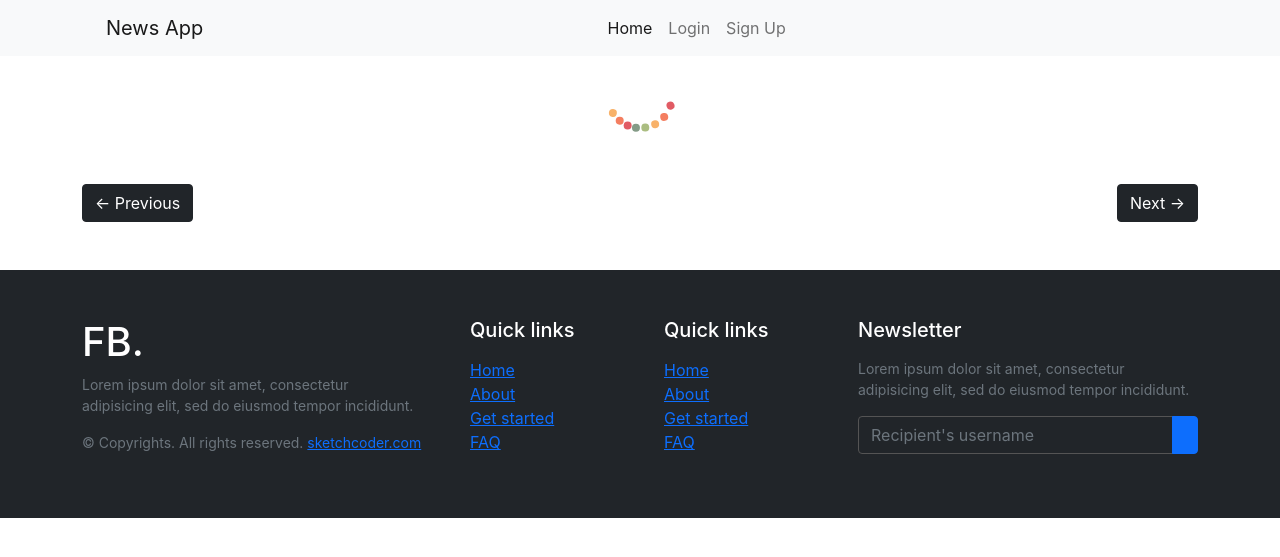
Repository: ZainAkbar51214/News-Site
Page: /
The author's editor kept a copy of each file at every save. The page is drawn from the files as they stood at one save, then again after a run of saves.
The browser window is 1280 px wide. The pictures show the whole page.
The page's requests for data from a server got no answer. The project was rebuilt for these pictures with package versions that can differ from the ones it lists, and the page was loaded fresh each time. A package was used in the major version that the imports need, not the one package.json lists. No one was signed in, and anything a server would have sent is missing. Also part of the build but not shown: src/App.css, src/Components/Layouts/NewsItem.js, src/Components/pages/Login.jsx, src/Components/pages/SignUp.jsx.

Above is the page before, as saved 2023-12-18 01:18:17.

### public/index.html
<!DOCTYPE html>
<html lang="en">
  <head>
    <meta charset="utf-8" />
    <link rel="icon" href="%PUBLIC_URL%/favicon.ico" />
    <meta name="viewport" content="width=device-width, initial-scale=1" />
    <meta name="theme-color" content="#000000" />
    <meta
      name="description"
      content="Web site created using create-react-app"
    />
    <link rel="apple-touch-icon" href="%PUBLIC_URL%/logo192.png" />

    <link rel="manifest" href="%PUBLIC_URL%/manifest.json" />

    <title>News App</title>
    <!-- Bootstrap cdn -->
    <link href="https://cdn.jsdelivr.net/npm/bootstrap@5.0.2/dist/css/bootstrap.min.css" rel="stylesheet" integrity="sha384-EVSTQN3/azprG1Anm3QDgpJLIm9Nao0Yz1ztcQTwFspd3yD65VohhpuuCOmLASjC" crossorigin="anonymous">
  </head>
  <body>
    <noscript>You need to enable JavaScript to run this app.</noscript>
    <div id="root"></div>


    <!-- Bootstrap Script -->
    <script src="https://cdn.jsdelivr.net/npm/@popperjs/core@2.9.2/dist/umd/popper.min.js" integrity="sha384-IQsoLXl5PILFhosVNubq5LC7Qb9DXgDA9i+tQ8Zj3iwWAwPtgFTxbJ8NT4GN1R8p" crossorigin="anonymous"></script>
<script src="https://cdn.jsdelivr.net/npm/bootstrap@5.0.2/dist/js/bootstrap.min.js" integrity="sha384-cVKIPhGWiC2Al4u+LWgxfKTRIcfu0JTxR+EQDz/bgldoEyl4H0zUF0QKbrJ0EcQF" crossorigin="anonymous"></script>
  </body>
</html>

### src/App.js
import React from "react";
import {
  BrowserRouter,
  Routes,
  Route
} from "react-router-dom";
import Home from './Components/pages/Home';
import Navbar from './Components/Header/Navbar';
import Footer from './Components/Footer/Footer';
import Login from "./Components/pages/Login";
import SignUp from "./Components/pages/SignUp";

function App() {
  return (
    <BrowserRouter>
      <Navbar />
        <Routes>
          <Route path="/" element={<Home />}></Route>
          <Route path="/login" element={<Login />}></Route>
          <Route path="/sign-up" element={<SignUp />}></Route>
        </Routes>
      <Footer />
  </BrowserRouter>
  );
}

export default App;

### src/Components/pages/Home.jsx
import React, { Component } from 'react';
import News from '../Layouts/News';

class Home extends Component {
    render() {
        return (
            <div>
                <News pageSize={5} />
            </div>
        );
    }
}

export default Home;

### src/Components/Header/Navbar.jsx
import React, { Component } from 'react';
import { Link } from 'react-router-dom';

class Navbar extends Component {
    render() {
        return (
            <div>
                <div className="container-fluid bg-light">
                <div className="container">
                    <div className="row">
                        <div className="col-md-12">
                            <nav className="navbar navbar-expand-lg navbar-light">
                                <div className="container-fluid">
                                    <Link className="navbar-brand" to="/">News App</Link>
                                    <button className="navbar-toggler" type="button" data-bs-toggle="collapse" data-bs-target="#navbarSupportedContent" aria-controls="navbarSupportedContent" aria-expanded="false" aria-label="Toggle navigation">
                                        <span className="navbar-toggler-icon"></span>
                                    </button>
                                    <div className="collapse navbar-collapse" id="navbarSupportedContent">
                                        <ul className="navbar-nav mx-auto mb-2 mb-lg-0">
                                            <li className="nav-item">
                                                <Link className="nav-link active" aria-current="page" to="/">Home</Link>
                                            </li>
                                            <li className="nav-item">
                                                <Link className="nav-link" to="/login">Login</Link>
                                            </li>
                                            <li className="nav-item">
                                                <Link className="nav-link" to="/sign-up">Sign Up</Link>
                                            </li>
                                        </ul>
                                    </div>
                                </div>
                            </nav>
                        </div>
                    </div>
                </div>
            </div>
            </div>
        );
    }
}

export default Navbar;

### src/Components/Footer/Footer.jsx
import React from "react";
import { Link } from "react-router-dom";
import '../Footer/Footer.css';

const Navbar = () => {
    return (
        <>
            <div className="d-flex flex-column h-100">
                {/* <!-- FOOTER --> */}
                <footer className="w-100 py-4 flex-shrink-0">
                    <div className="container py-4">
                        <div className="row gy-4 gx-5">
                            <div className="col-lg-4 col-md-6">
                                <h5 className="h1 text-white">FB.</h5>
                                <p className="small text-muted">Lorem ipsum dolor sit amet, consectetur adipisicing elit, sed do eiusmod tempor incididunt.</p>
                                <p className="small text-muted mb-0">&copy; Copyrights. All rights reserved. <Link className="text-primary" to="https://sketchcoder.com" target="_blank">sketchcoder.com</Link></p>
                            </div>
                            <div className="col-lg-2 col-md-6">
                                <h5 className="text-white mb-3">Quick links</h5>
                                <ul className="list-unstyled text-muted">
                                    <li><Link to="#">Home</Link></li>
                                    <li><Link to="#">About</Link></li>
                                    <li><Link to="#">Get started</Link></li>
                                    <li><Link to="#">FAQ</Link></li>
                                </ul>
                            </div>
                            <div className="col-lg-2 col-md-6">
                                <h5 className="text-white mb-3">Quick links</h5>
                                <ul className="list-unstyled text-muted">
                                    <li><Link to="#">Home</Link></li>
                                    <li><Link to="#">About</Link></li>
                                    <li><Link to="#">Get started</Link></li>
                                    <li><Link to="#">FAQ</Link></li>
                                </ul>
                            </div>
                            <div className="col-lg-4 col-md-6">
                                <h5 className="text-white mb-3">Newsletter</h5>
                                <p className="small text-muted">Lorem ipsum dolor sit amet, consectetur adipisicing elit, sed do eiusmod tempor incididunt.</p>
                                <form action="#">
                                    <div className="input-group mb-3">
                                        <input className="form-control" type="text" placeholder="Recipient's username" aria-label="Recipient's username" aria-describedby="button-addon2" />
                                        <button className="btn btn-primary" id="button-addon2" type="button"><i className="fas fa-paper-plane"></i></button>
                                    </div>
                                </form>
                            </div>
                        </div>
                    </div>
                </footer>
            </div>
        </>
    )
}

export default Navbar;

### src/Components/Layouts/News.js
import React, { Component } from 'react';
import NewsItem from './NewsItem';
import Spinner from '../Spinner';

class News extends Component {

    constructor(){
        super();
        this.state = {
            articles: [],
            loading: false,
            page: 1
        }
    }

    async componentDidMount(){
        let url = `https://newsapi.org/v2/top-headlines?apiKey=ad02bf3d34a0416cb244eb374fced0bb&q=news&page=1&pageSize=${this.props.pageSize}`;
        let data = await fetch(url);
        let passData = await data.json();
        console.log(passData);
        this.setState({
            articles: passData.articles,
            totalResults: passData.totalResults
        })

    }

    handPrevClick = async () => {
        console.log("prev");
        let url = `https://newsapi.org/v2/top-headlines?apiKey=ad02bf3d34a0416cb244eb374fced0bb&q=news&page=${this.state.page - 1}&pageSize=${this.props.pageSize}`;
        let data = await fetch(url);
        let passData = await data.json();
        console.log(passData);

        this.setState({
            page: this.state.page - 1,
            articles: passData.articles
        })
    }
    handNextClick = async () => {
        console.log("Next");
        if(this.state.page + 1 > Math.ceil(this.state.totalResults/this.props.pageSize)){

        }else{
        let url = `https://newsapi.org/v2/top-headlines?apiKey=ad02bf3d34a0416cb244eb374fced0bb&q=news&page=${this.state.page + 1}&pageSize=${this.props.pageSize}`;
        let data = await fetch(url);
        let passData = await data.json();
        console.log(passData);

        this.setState({
            page: this.state.page + 1,
            articles: passData.articles
        })
    }
    }



    render() {
        return (
            <div className='container-fluid'>
                <div className='container'>
                    <div className='row'>
                        <div className='col-lg-12 text-center'>
                            <Spinner />
                        </div>
                    </div>
                    <div className='row'>
                        {this.state.articles.map((element) => {
                           return element.urlToImage?<div className='col-lg-4 col-md-6 mt-5' key={element.url}>
                           <NewsItem title={element.title?element.title.slice(0, 45): ""} description={element.description?element.description.slice(0, 86): ""} imageUrl={element.urlToImage} newsUrl={element.url} />
                       </div>
                       :""
                        })}

                    </div>

                   <div className='row'>
                   <div className='col-lg-12 d-flex justify-content-between mt-5 mb-5'>
                        <button disabled={this.state.page<1} type='button' className='btn btn-dark' onClick={this.handPrevClick}>&larr; Previous</button>
                        <button disabled={this.state.page + 1 > Math.ceil(this.state.totalResults/this.props.pageSize)} type='button' className='btn btn-dark' onClick={this.handNextClick}>Next &rarr;</button>
                    </div>
                   </div>
                </div>
            </div>
        );
    }
}

export default News;

### src/Components/Footer/Footer.css
/* ==========================================
    FOR DEMO PURPOSE
  ========================================== */

  .text-small {
    font-size: 0.9rem;
  }

  .form-control {
    background: #212529;
    border-color: #545454;
  }

  .form-control:focus {
    background: #212529;
  }

  footer {
    background: #212529;
  }

### src/Components/Spinner.jsx
import React, { Component } from 'react';
import loading from '../img/index.svg';

class Spinner extends Component {
    render() {
        return (
            <div>
                <img src={loading} alt="loading" />
            </div>
        );
    }
}

export default Spinner;

Loaded but not shown: src/index.js (common file); src/index.css (common file); src/reportWebVitals.js (common file)

After the next 4 saves:
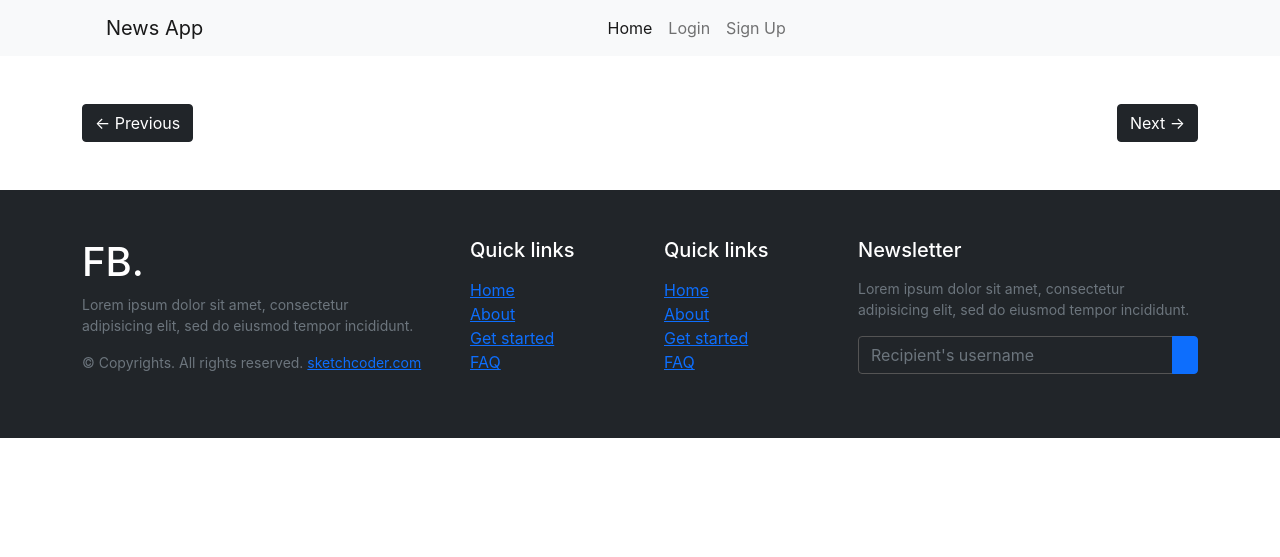
The 4 saves are shown as one change because 3 did not build or start.
The last was saved 3 min 39 s later.
--- a/src/Components/Layouts/News.js
+++ b/src/Components/Layouts/News.js
@@ -60,11 +60,13 @@ class News extends Component {
         return (
             <div className='container-fluid'>
                 <div className='container'>
-                    <div className='row'>
+                    {
+                        this.state.loading ?
+                        <div className='row'>
                         <div className='col-lg-12 text-center'>
                             <Spinner />
                         </div>
-                    </div>
+                    </div> :
                     <div className='row'>
                         {this.state.articles.map((element) => {
                            return element.urlToImage?<div className='col-lg-4 col-md-6 mt-5' key={element.url}>
@@ -74,13 +76,14 @@ class News extends Component {
                         })}
 
                     </div>
+                    }
+                   <div className='row'>
+                        <div className='col-lg-12 d-flex justify-content-between mt-5 mb-5'>
+                            <button disabled={this.state.page<1} type='button' className='btn btn-dark' onClick={this.handPrevClick}>&larr; Previous</button>
+                            <button disabled={this.state.page + 1 > Math.ceil(this.state.totalResults/this.props.pageSize)} type='button' className='btn btn-dark' onClick={this.handNextClick}>Next &rarr;</button>
+                        </div>
+                   </div>
 
-                   <div className='row'>
-                   <div className='col-lg-12 d-flex justify-content-between mt-5 mb-5'>
-                        <button disabled={this.state.page<1} type='button' className='btn btn-dark' onClick={this.handPrevClick}>&larr; Previous</button>
-                        <button disabled={this.state.page + 1 > Math.ceil(this.state.totalResults/this.props.pageSize)} type='button' className='btn btn-dark' onClick={this.handNextClick}>Next &rarr;</button>
-                    </div>
-                   </div>
                 </div>
             </div>
         );
